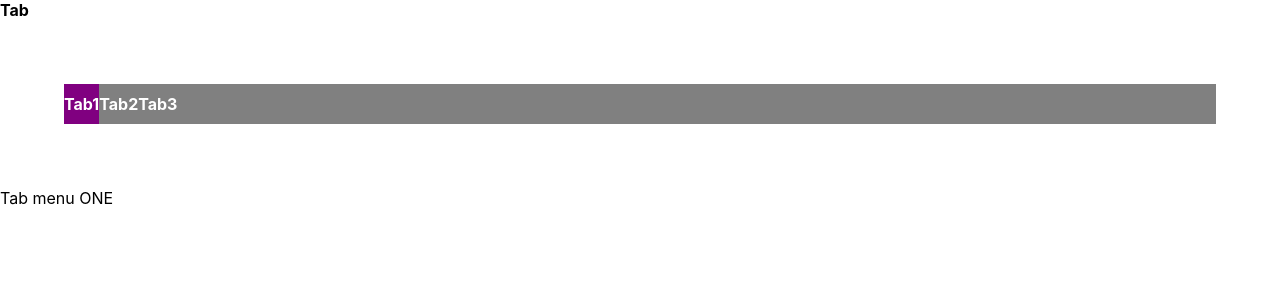
Repository: janghwahyun/wanted_pre_onboarding
Page: /Tab
These files come from the project's save history. The page is drawn as it stood at one moment and after a run of saves; the edit follows.
The browser window is 1280 px wide. The pictures show the whole page.
The project was rebuilt for these pictures with package versions that can differ from the ones it lists, and the page was loaded fresh each time. Also part of the build but not shown: src/component/ClickToEdit.js, src/component/Modal.js, src/component/Tag.js, src/component/Toggle.js.

Above is the page before, as saved 2022-02-11 15:35:57.

After the next 2 saves:
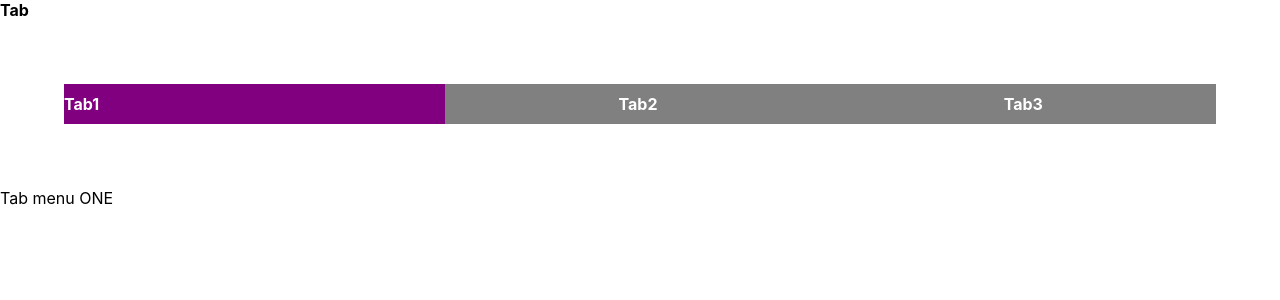
The 2 saves are shown as one change because they came seconds apart.
The last was saved 20 s later.
--- a/src/component/Tab.js
+++ b/src/component/Tab.js
@@ -51,13 +51,14 @@ const TabMenu = styled.li`
     height: 100%;
     align-items: center;
     transition: 1s;
+    flex-grow: 1;
   }
 
   .stanbyMenu {
     display: flex;
     justify-content: center;
     align-items: center;
-
+    flex-grow: 1;
     cursor: pointer;
   }
 `;
